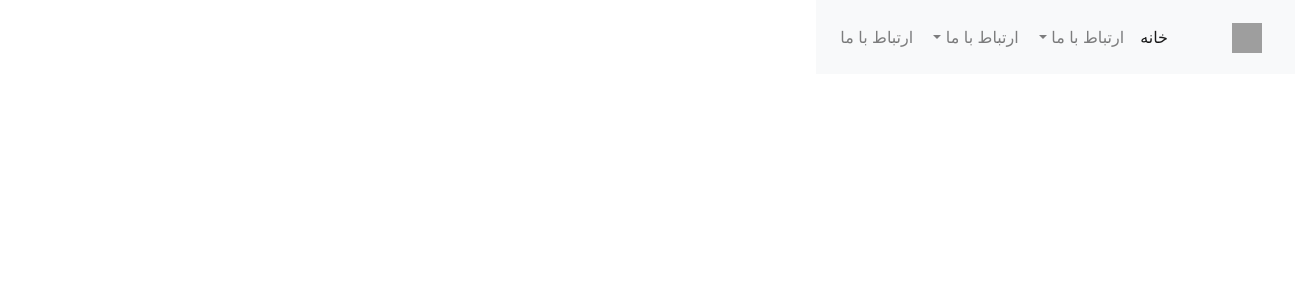
Repository: FENiki/colorlib-accounting
Page: index.html
These files come from the project's save history. The page is drawn as it stood at one moment and after the next save; the edit follows.
The browser window is 1280 px wide. The page is 1295 px wide, so the pictures cover 1295 px, including what lies to the right of the window. The pictures show the whole page.
Pictures or frames that could not be fetched are drawn as grey boxes.

Above is the page before, as saved 2021-07-06 07:28:21.

After the next save:
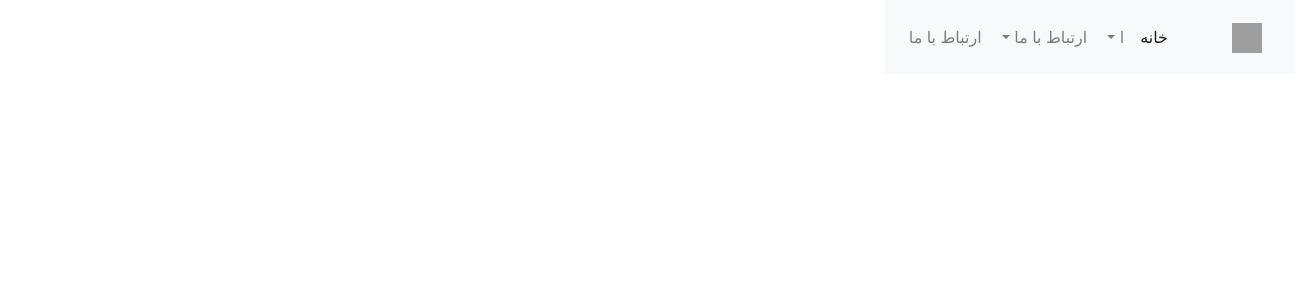
Saved 2 min 48 s later.
--- a/index.html
+++ b/index.html
@@ -35,7 +35,7 @@
         </li>
         <li class="nav-item">
           <a class="nav-link dropdown-toggle" href="#" id="navbarDropdownMenuLink" data-toggle="dropdown" aria-haspopup="true" aria-expanded="false">
-            ارتباط با ما
+            ا
           </a>
           <div class="dropdown-menu" aria-labelledby="navbarDropdownMenuLink">
             <a class="dropdown-item" href="#">Action</a>
@@ -54,7 +54,7 @@
           </div>
         </li>
         <li class="nav-item dropdown">
-          <a class="nav-link " href="#" id="navbarDropdownMenuLink" data-toggle="dropdown" aria-haspopup="true" aria-expanded="false">
+          <a class="nav-link" href="#" id="navbarDropdownMenuLink" data-toggle="dropdown" aria-haspopup="true" aria-expanded="false">
             ارتباط با ما
           </a>
 
